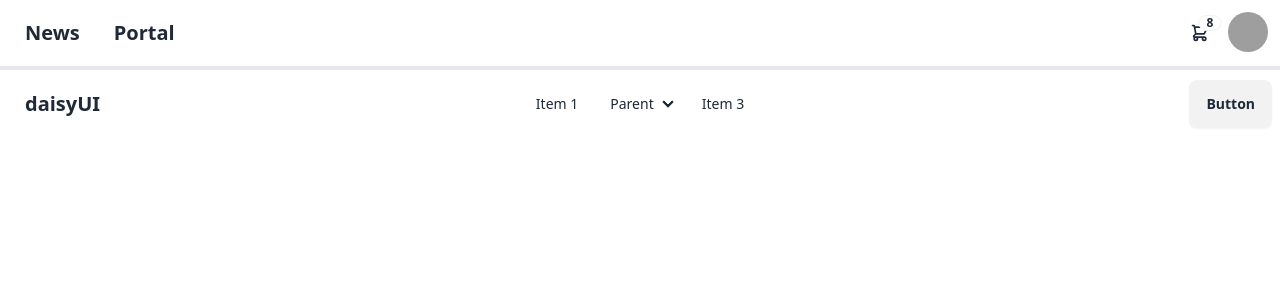
Repository: RudrasahaDibos/news-portal
Page: index.html
The author's editor kept a copy of each file at every save. The page is drawn from the files as they stood at one save, then again after the next save.
The browser window is 1280 px wide. The pictures show the whole page.
Pictures or frames that could not be fetched are drawn as grey boxes. Some web libraries are served in a nearby version.

Above is the page before, as saved 2024-11-23 14:57:26.

After the next save:
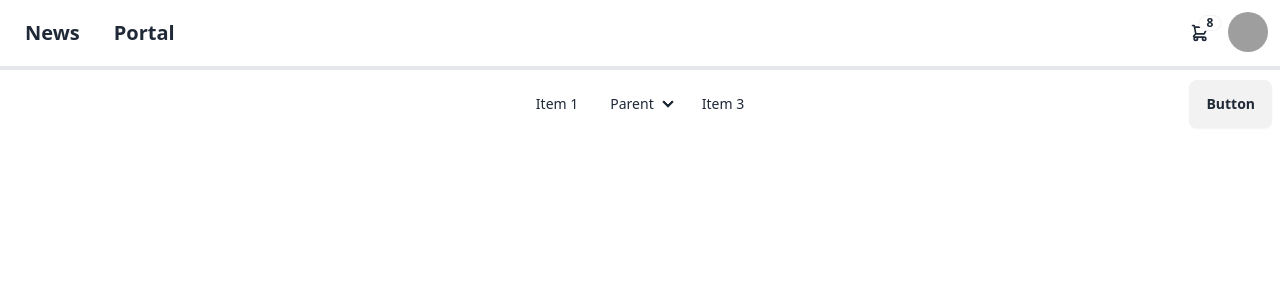
Saved 25 s later.
--- a/index.html
+++ b/index.html
@@ -108,7 +108,7 @@
                           <li><a>Item 3</a></li>
                         </ul>
                       </div>
-                      <a class="btn btn-ghost text-xl">daisyUI</a>
+
                     </div>
                     <div class="navbar-center hidden lg:flex">
                       <ul class="menu menu-horizontal px-1">
